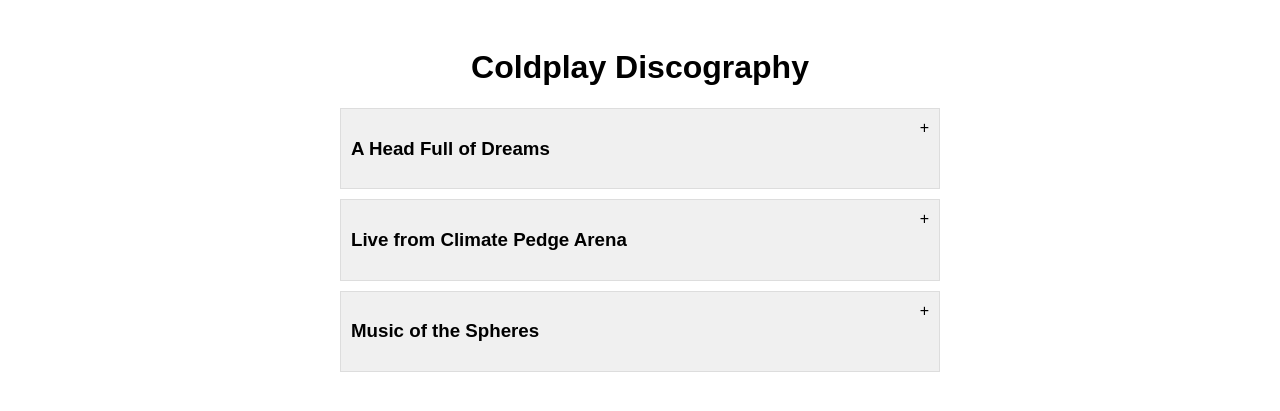
Repository: MelissaJacobi/Frontend-lab-1
Page: /
An editor plug-in stored every save of this project. The page is shown before and after the next save, followed by the edit.
The browser window is 1280 px wide. The pictures show the whole page.
The project was rebuilt for these pictures with package versions that can differ from the ones it lists, and the page was loaded fresh each time. Also part of the build but not shown: vite.config.js.

Above is the page before, as saved 2024-09-11 11:35:05.

### index.html
<!doctype html>
<html lang="en">
  <head>
    <meta charset="UTF-8" />
    <link rel="icon" type="image/svg+xml" href="/vite.svg" />
    <meta name="viewport" content="width=device-width, initial-scale=1.0" />
    <title>Vite + React</title>
  </head>
  <body>
    <div id="root">HIIII</div>
    <script type="module" src="/src/main.jsx"></script>
  </body>
</html>

### src/App.jsx
import React from 'react';
import './index.css';
import Accordion from './Components/Accordion';

function App() {
  return (
    <div className="App">
      <h1>Coldplay Discography</h1>
      <Accordion />
    </div>
  );
}

export default App;

### src/index.css
.App {
  font-family: sans-serif;
  text-align: center;
  padding: 20px;
}

.accordion {
  width: 100%;
  max-width: 600px;
  margin: 0 auto;
}

.accordion-item {
  border: 1px solid #ddd;
  margin-bottom: 10px;
}

.accordion-header {
  padding: 10px;
  cursor: pointer;
  display: flex;
  justify-content: space-between;
  background-color: #f0f0f0;
}

.accordion-content {
  padding: 10px;
  background-color: #fff;
}

.accordion-header:hover {
  background-color: #e0e0e0;
}

### src/Components/Accordion.jsx
import React, { useState } from 'react';

const AccordionItem = ({ title, content }) => {
  const [isOpen, setIsOpen] = useState(false);

  const toggleAccordion = () => {
    setIsOpen(!isOpen);
  };

  return (
    <div className="accordion-item">
      <div className="accordion-header" onClick={toggleAccordion}>
        <h3>{title}</h3>
        <span>{isOpen ? '-' : '+'}</span>
      </div>
      {isOpen && (
        <div className="accordion-content">
          {content.map((item, index) => (
            <p key={index}>{item}</p>
          ))}
        </div>
      )}
    </div>
  );
};

const Accordion = () => {
  const accordionData = [
    {
      title: 'A Head Full of Dreams',
      content: ['A Head Full of Dreams', 'Birds', 'Hymn For the Weekend', 'Everglow', 'Adventure of a Lifetime', 'Fun', 'keleidoscope', 'Army of One', 'Amazing day', 'Color Spectrum', 'Up&Up', 'Something just like this'],
    },
    {
      title: 'Live from Climate Pedge Arena',
      content: ['Viva la Vida', 'Human Heart', 'People of Pride', 'Fix you'],
    },
    {
      title: 'Music of the Spheres',
      content: ['Music of the Spheres', 'Higher power', 'Humankind', 'Alien Choir', 'Let somebody go', 'Biutyful', 'my universe', 'infinity sign', 'Coloratura', 'higher power', 'My Universe'],
    },
  ];

  return (
    <div className="accordion">
      {accordionData.map((item, index) => (
        <AccordionItem key={index} title={item.title} content={item.content} />
      ))}
    </div>
  );
};

export default Accordion;

Loaded but not shown: src/main.jsx (common file)

After the next save:
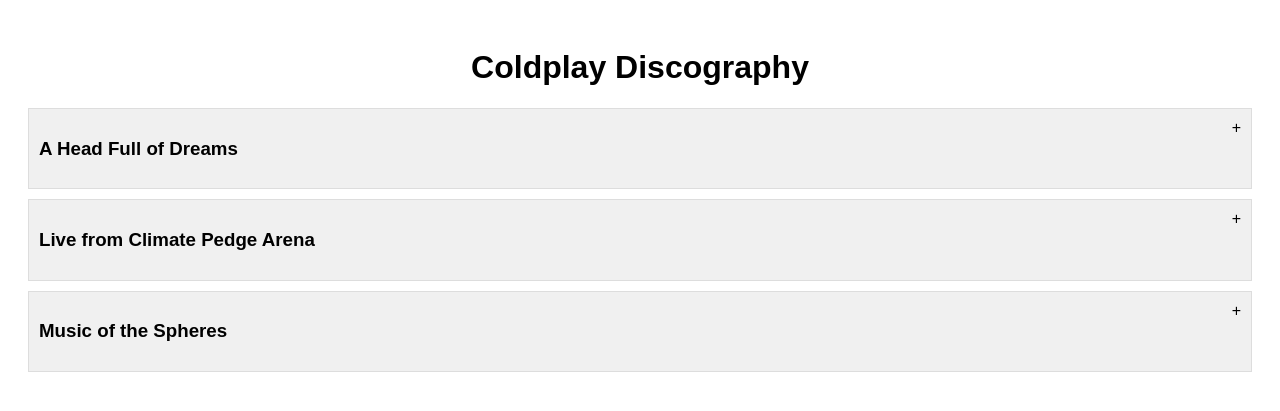
Saved 3 min 7 s later.
--- a/src/index.css
+++ b/src/index.css
@@ -5,8 +5,6 @@
 }
 
 .accordion {
-  width: 100%;
-  max-width: 600px;
   margin: 0 auto;
 }
 

After the save that followed:
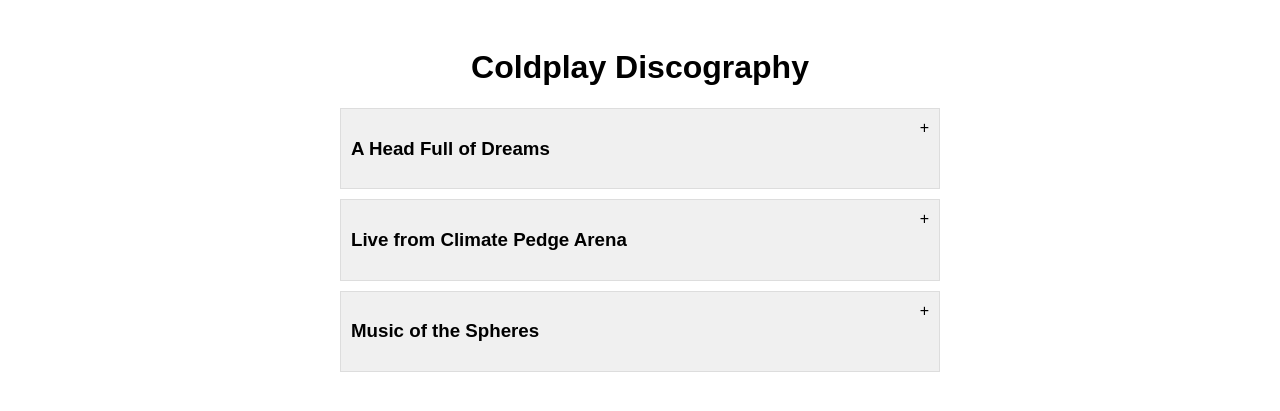
Saved 2 min 24 s later.
--- a/src/index.css
+++ b/src/index.css
@@ -5,6 +5,8 @@
 }
 
 .accordion {
+  width: 100%;
+  max-width: 600px;
   margin: 0 auto;
 }
 
